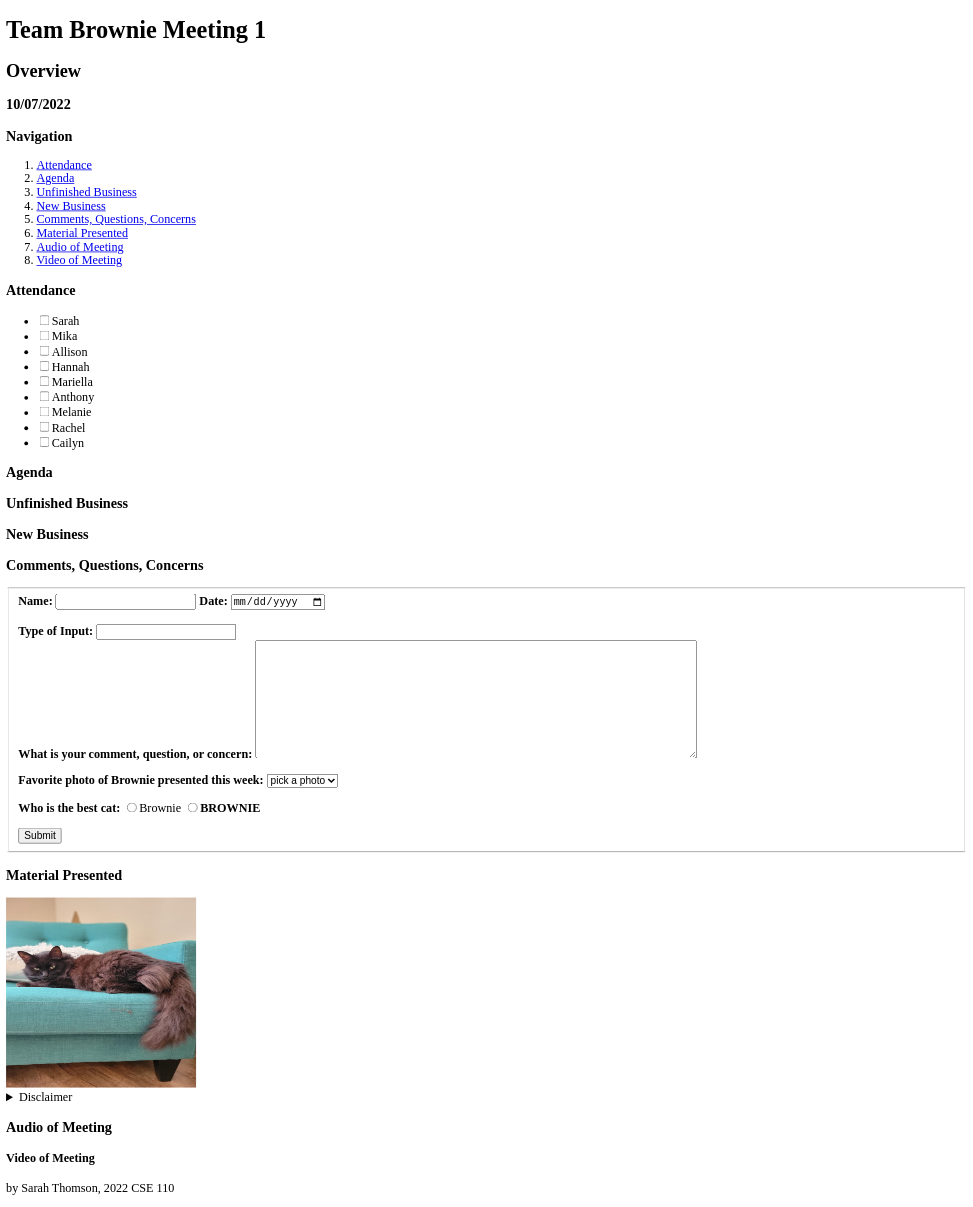
Repository: sarahtthomson/fa22-cse110-lab3
Page: index.html
These files come from the project's save history. The page is drawn as it stood at one moment and after the next save; the edit follows.
The browser window is 1280 px wide. The pictures show the whole page, at 76% of full size.

Above is the page before, as saved 2022-10-08 19:03:01.

After the next save:
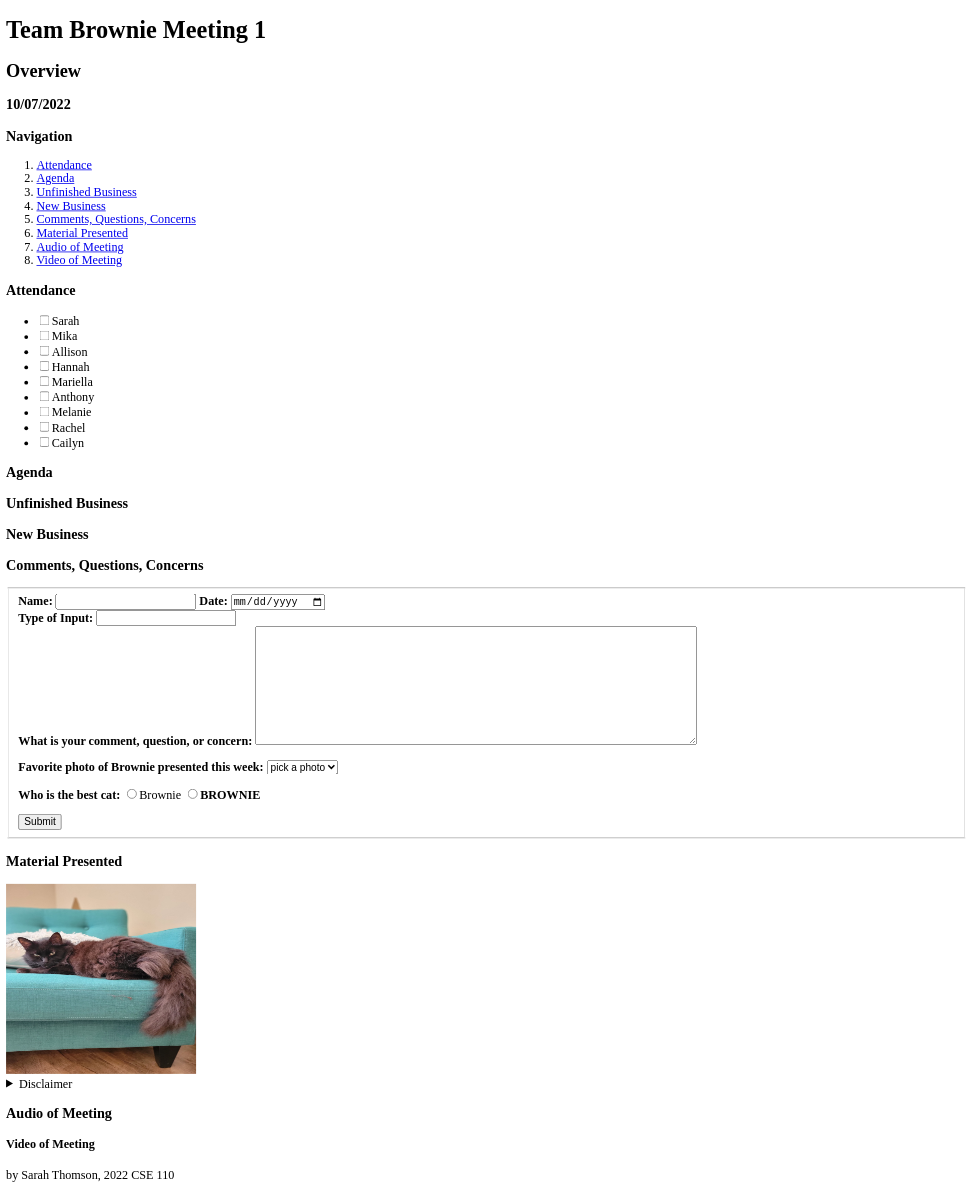
Saved 15 s later.
--- a/index.html
+++ b/index.html
@@ -56,8 +56,8 @@
                         <label for="name"><b>Name:</b></label>
                         <input type="text" name="name" id="name">
                         <label for="date"><b>Date:</b></label>
+
                         <input type="date" name="date" id="date">
-                        <br>
                         <br>
                         <label for="cqorc"><b>Type of Input:</b></label>
                         <input list="type-of-input" id="choice" name="choice">

After the save that followed:
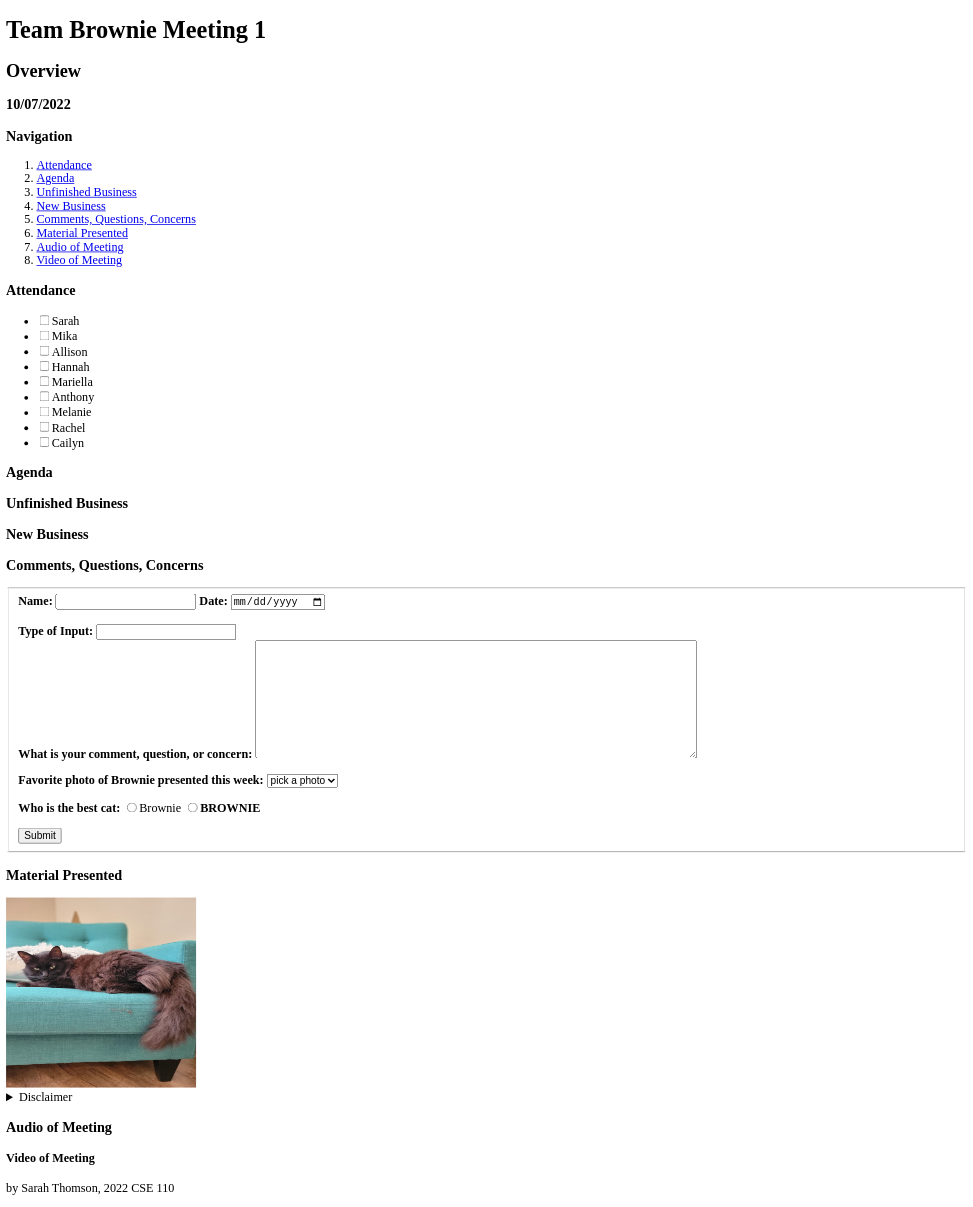
Saved 6 s later.
--- a/index.html
+++ b/index.html
@@ -59,6 +59,7 @@
 
                         <input type="date" name="date" id="date">
                         <br>
+                        <br>
                         <label for="cqorc"><b>Type of Input:</b></label>
                         <input list="type-of-input" id="choice" name="choice">
                         <datalist id="type-of-input">
